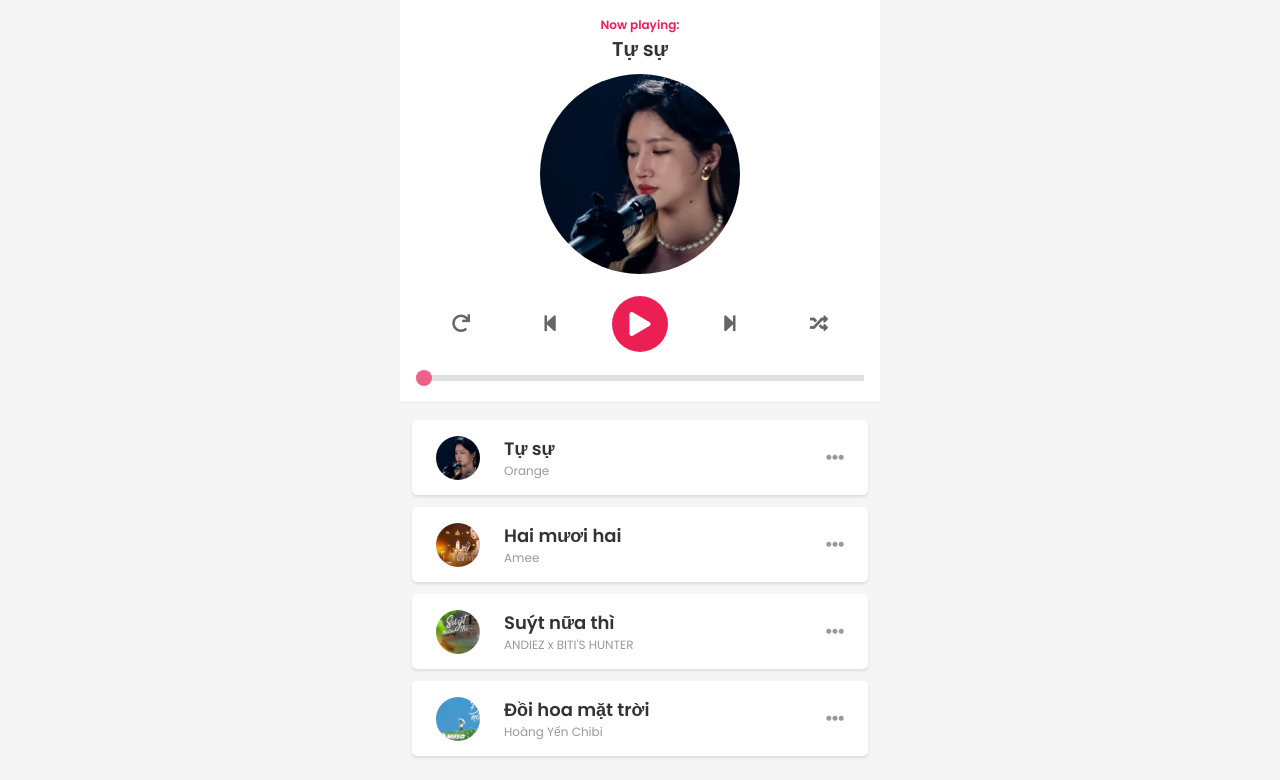
Repository: tannv3201/learn_JS_F8
Page: Example/Music player/index.html
These files come from the project's save history. The page is drawn as it stood at one moment and after a run of saves; the edit follows.
The browser window is 1280 px wide. The pictures show the whole page.

Above is the page before, as saved 2022-08-17 14:29:37.

After the next 4 saves:
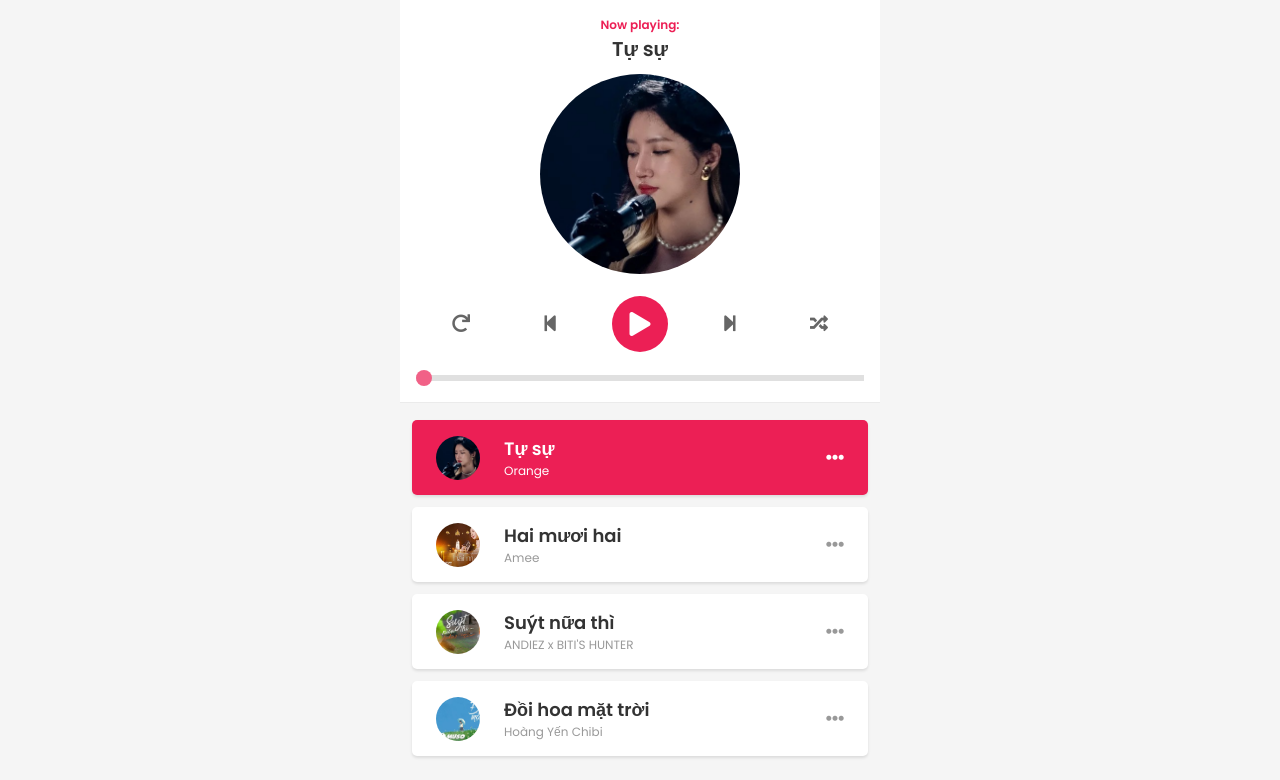
The 4 saves are shown as one change because they came seconds apart.
The last was saved 74 s later.
--- a/Example/Music player/main.js
+++ b/Example/Music player/main.js
@@ -25,7 +25,6 @@ const nextBtn = $('.btn-next');
 const prevBtn = $('.btn-prev');
 const randomBtn = $('.btn-random');
 const repeatBtn = $('.btn-repeat');
-const songActive = $('#song');
 const app = {
     currentIndex: 0,
     isPlaying: false,
@@ -57,12 +56,10 @@ const app = {
             image: './assets/imgs/doihoamattroi.jpg'
         },
     ],
-    // ${index === this.currentIndex ? 'active' : ''}
-
     render: function () {
         const htmls = this.songs.map((song, index) => {
             return `
-            <div class="song">
+            <div class="song ${index === this.currentIndex ? 'active' : ''}">
                 <div class="thumb" style="background-image: url('${song.image}')">
                 </div>
                 <div class="body">
@@ -203,7 +200,6 @@ const app = {
         heading.textContent = this.currentSong.name;
         cdThumb.style.backgroundImage = `url('./${this.currentSong.image}')`;
         audio.src = this.currentSong.path;
-        songActive.classList.add('active');
     },
 
     // Next
